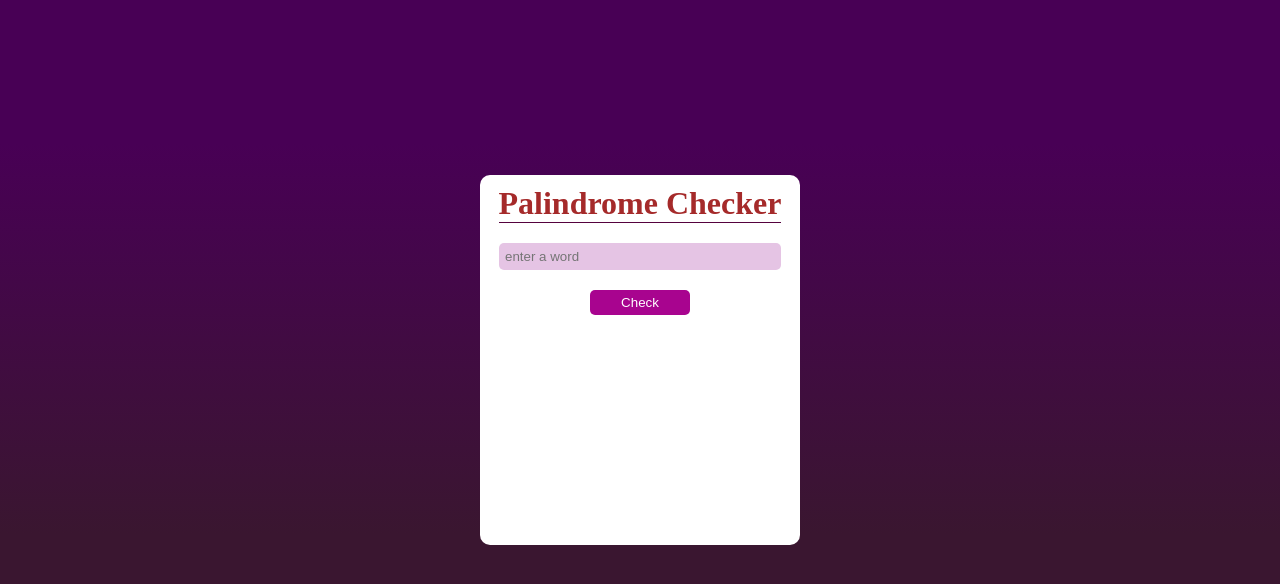
Repository: albinsabu2023/palindromeChecker
Page: index.html
An editor plug-in stored every save of this project. The page is shown before and after the next save, followed by the edit.
The browser window is 1280 px wide. The pictures show the whole page.

Above is the page before, as saved 2023-09-12 01:54:55.

### index.html
<!DOCTYPE html>
<html lang="en">
<head>
    <meta charset="UTF-8">
    <meta name="viewport" content="width=device-width, initial-scale=1.0">
    <title>Document</title>
    <link rel="stylesheet" href="style.css">
</head>
<body>
    <div class="container">
        <h1>Palindrome Checker</h1>

        <input type="text" id="inputText" placeholder="enter a word">
        <button id="checkButton">Check</button>
        <div id="result">

        </div>
    </div>
    <script src="home.js"></script>
</body>
</html>

### style.css
*{
    margin:0;

}
body{
    display: flex;
    align-items: center;
    justify-content: center;
    height: 100vh;
    background:linear-gradient(rgb(72, 0, 85) 20%, rgb(58, 22, 48) 74%) ;
}
.container{
    padding: 10px;
    margin: 10px;
    background-color: white;
    border-radius: 10px;
    display: flex;
    flex-direction: column ;
    align-items: center;
    /* justify-content: center; */
    gap: 20px;
    width: 300px;


}
.container h1{
    color: brown;

    border-bottom: 1px solid rgb(85, 2, 62);
}

.container input{
    background-color: rgb(170, 60, 165,30%);
    border-radius: 5px;
    padding: 6px;
    border:none;
    width: 90%;

}
.container input:focus{
    outline: none;
}
.container button{
    border: none;
    background-color: rgb(168, 4, 143);
    padding: 5px;
    width: 100px;
    border-radius: 5px;
    color: white;



}
.container button:hover{
    background-color: rgb(119, 29, 109);
}

#result{
    margin-top: 200px;
    font-size: 18px;
    font-weight: bold;

}

### home.js
function isPalindrome(str) {
  const cleanString = str.toLowerCase().replace(/[^a-z0-9]/g, "");
  const reverseStr = cleanString.split("").reverse().join("");
  console.log(reverseStr);
  return cleanString === reverseStr;
}

function palindrome() {
  const input = document.getElementById("inputText");
  const result = document.getElementById("result");
  if (isPalindrome(input.value)) {
    result.textContent = `${input.value} is palindorme`;
  } else {
    result.textContent = `${input.value} is not palindorme`;
  }
}

document.getElementById("checkButton").addEventListener("click", palindrome);

After the next save:
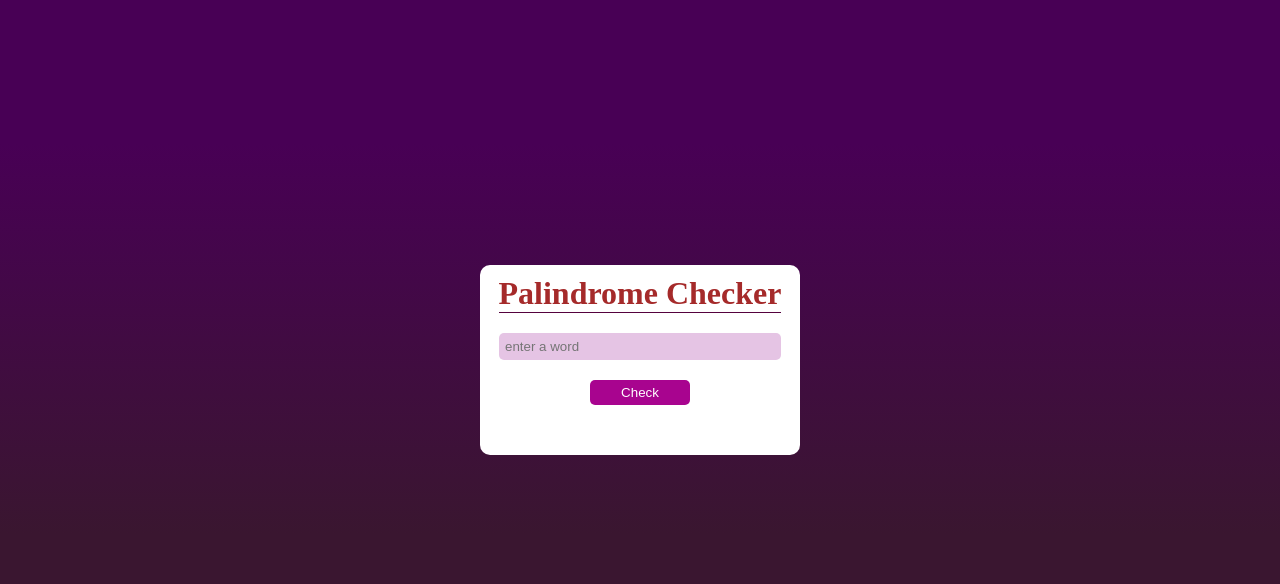
Saved 16 s later.
--- a/style.css
+++ b/style.css
@@ -56,7 +56,7 @@ body{
 }
 
 #result{
-    margin-top: 200px;
+    margin-top: 20px;
     font-size: 18px;
     font-weight: bold;
 
